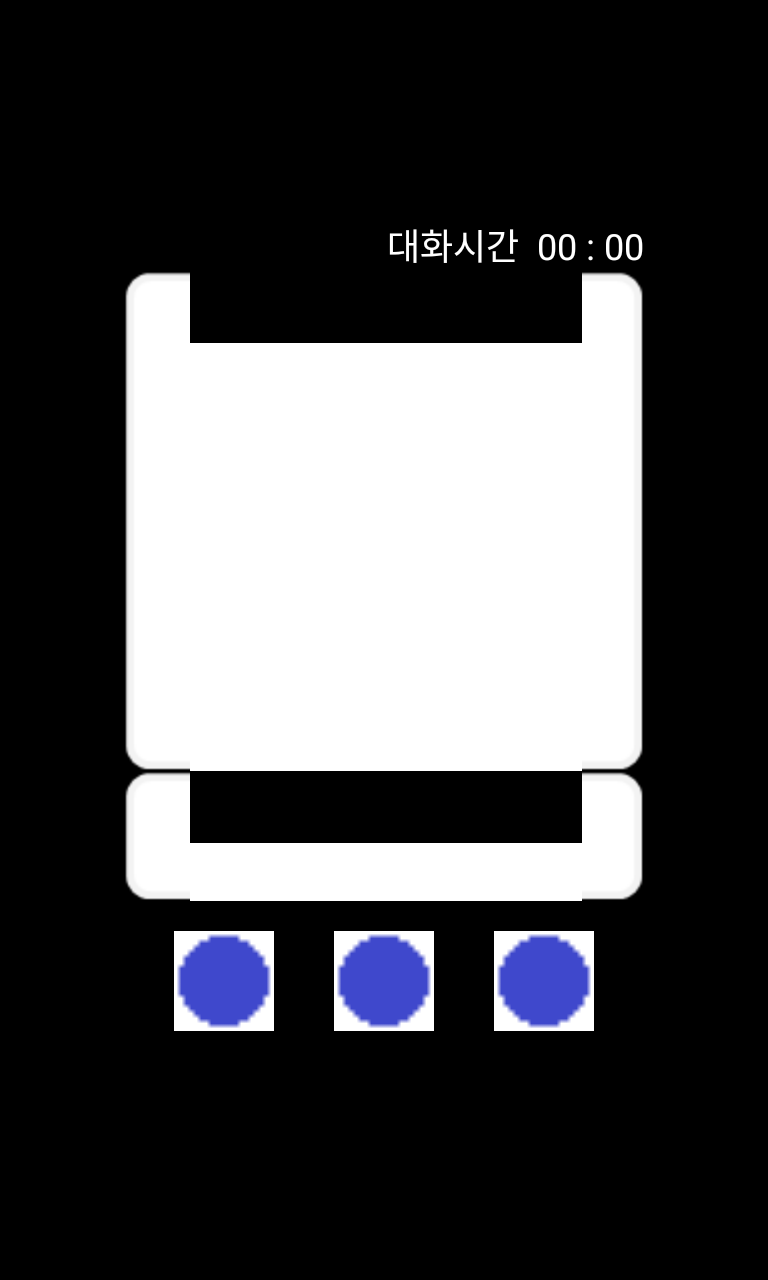
Repository: blacky512/smart_morning_call
Layout: client/SmartMorningCall/res/layout/voicechatting_frag.xml
An editor plug-in stored every save of this project. The layout is shown before and after the next save, followed by the edit.
It is drawn on a 768 x 1280 px phone screen (xhdpi) without system bars, with theme android:Theme.NoTitleBar; the app's code is not run.

Above is the layout before, as saved 2013-02-23 16:58:36.

### client/SmartMorningCall/res/layout/voicechatting_frag.xml
<?xml version="1.0" encoding="utf-8"?>
<RelativeLayout xmlns:android="http://schemas.android.com/apk/res/android"
    android:layout_width="match_parent"
    android:layout_height="match_parent" >

    <LinearLayout
        android:id="@+id/linearLayout1"
        android:layout_width="wrap_content"
        android:layout_height="wrap_content"
        android:layout_centerHorizontal="true"
        android:layout_centerVertical="true"
        android:orientation="vertical" >

        <TextView
            android:id="@+id/tvTimer"
            android:layout_width="wrap_content"
            android:layout_height="wrap_content"
            android:layout_gravity="right"
            android:text="대화시간  00 : 00"
            android:textAppearance="?android:attr/textAppearanceMedium" />

        <FrameLayout
            android:id="@+id/calling"
            android:layout_width="260dp"
            android:layout_height="250dp" >

            <ImageSwitcher
                android:id="@+id/imSW1"
                android:layout_width="match_parent"
                android:layout_height="match_parent"
                android:background="@drawable/te" >
            </ImageSwitcher>
        </FrameLayout>

        <LinearLayout
            android:layout_width="match_parent"
            android:layout_height="wrap_content"
            android:background="@drawable/te"
            android:padding="0dp">

        </LinearLayout>

        <RelativeLayout
            android:id="@+id/RelativeLayout1"
            android:layout_width="260dp"
            android:layout_height="80dp" >

            <LinearLayout
                android:layout_width="wrap_content"
                android:layout_height="wrap_content"
                android:layout_centerHorizontal="true"
                android:layout_centerVertical="true" >

                <ImageView
                    android:id="@+id/ImageView03"
                    android:layout_width="50dp"
                    android:layout_height="50dp"
                    android:src="@drawable/circle" />

                <ImageView
                    android:id="@+id/ImageView01"
                    android:layout_width="50dp"
                    android:layout_height="50dp"
                    android:layout_marginLeft="30dp"
                    android:layout_marginRight="30dp"
                    android:src="@drawable/circle" />

                <ImageView
                    android:id="@+id/ImageView02"
                    android:layout_width="50dp"
                    android:layout_height="50dp"
                    android:src="@drawable/circle" />

            </LinearLayout>

        </RelativeLayout>
    </LinearLayout>

</RelativeLayout>

After the next save:
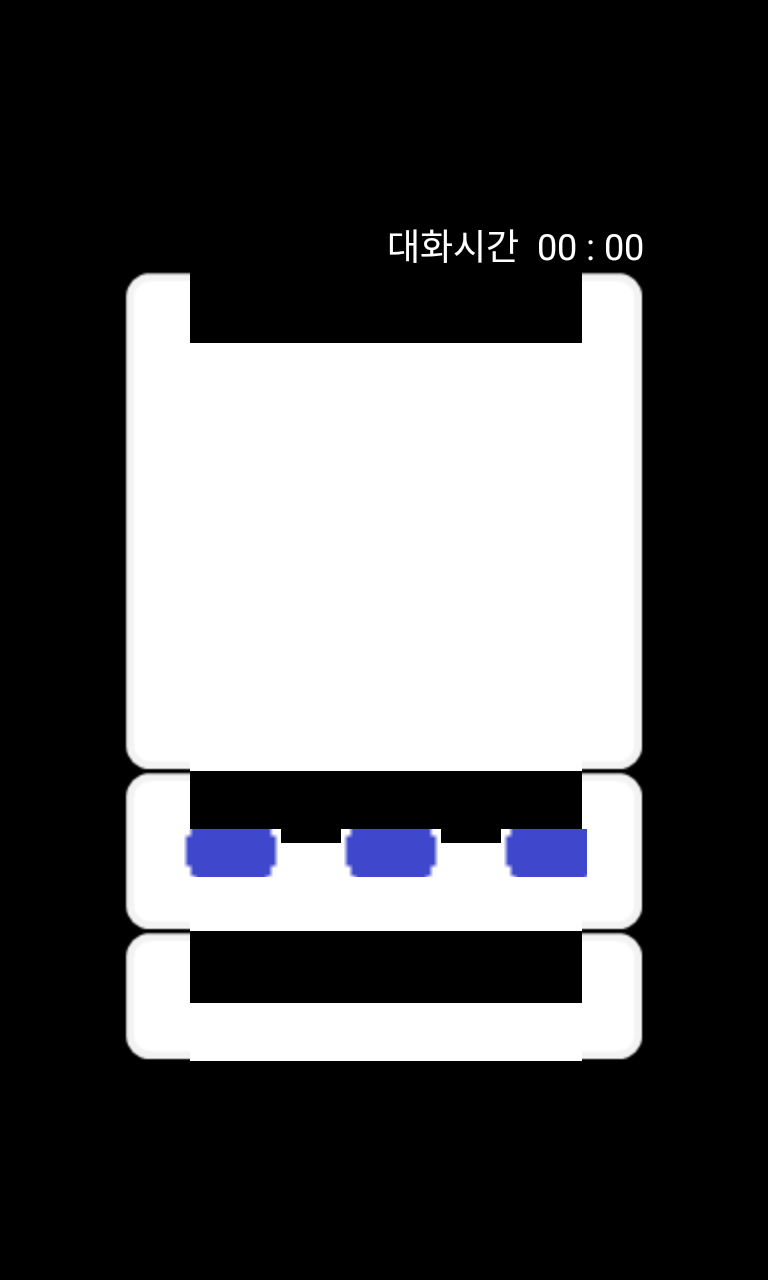
Saved 95 s later.
--- a/client/SmartMorningCall/res/layout/voicechatting_frag.xml
+++ b/client/SmartMorningCall/res/layout/voicechatting_frag.xml
@@ -32,18 +32,11 @@
             </ImageSwitcher>
         </FrameLayout>
 
-        <LinearLayout
-            android:layout_width="match_parent"
-            android:layout_height="wrap_content"
-            android:background="@drawable/te"
-            android:padding="0dp">
-
-        </LinearLayout>
-
         <RelativeLayout
             android:id="@+id/RelativeLayout1"
             android:layout_width="260dp"
-            android:layout_height="80dp" >
+            android:layout_height="80dp"
+            android:background="@drawable/te" >
 
             <LinearLayout
                 android:layout_width="wrap_content"
@@ -55,12 +48,14 @@
                     android:id="@+id/ImageView03"
                     android:layout_width="50dp"
                     android:layout_height="50dp"
+                    android:layout_gravity="center"
                     android:src="@drawable/circle" />
 
                 <ImageView
                     android:id="@+id/ImageView01"
                     android:layout_width="50dp"
                     android:layout_height="50dp"
+                    android:layout_gravity="center"
                     android:layout_marginLeft="30dp"
                     android:layout_marginRight="30dp"
                     android:src="@drawable/circle" />
@@ -69,11 +64,20 @@
                     android:id="@+id/ImageView02"
                     android:layout_width="50dp"
                     android:layout_height="50dp"
+                    android:layout_gravity="center"
                     android:src="@drawable/circle" />
 
             </LinearLayout>
 
         </RelativeLayout>
+
+        <LinearLayout
+            android:layout_width="match_parent"
+            android:layout_height="wrap_content"
+            android:background="@drawable/te"
+            android:padding="0dp" >
+        </LinearLayout>
+
     </LinearLayout>
 
 </RelativeLayout>
